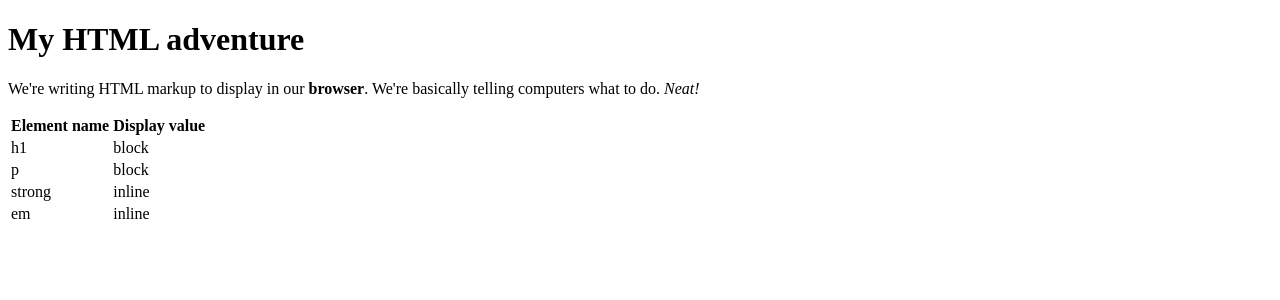
Repository: learn-co-students/fewpjs-dom-editing-lab-austin-web-030920
Page: index.html
An editor plug-in stored every save of this project. The page is shown before and after the next save, followed by the edit.
The browser window is 1280 px wide. The pictures show the whole page.

Above is the page before, as saved 2020-04-20 10:57:16.

### index.html
<!-- Write your code here! -->
<!DOCTYPE html>
<html lang="en">

<head>
    <meta charset="UTF-8">
    <meta name="viewport" content="width=device-width, initial-scale=1.0">
    <meta http-equiv="X-UA-Compatible" content="ie=edge">
    <title>Introduction to the DOM Lab</title>
</head>

<body>
    <!--All our work for this lesson will go here-->
    <h1>My HTML adventure</h1>
    <p>
        We're writing HTML markup to display in our <strong>browser</strong>.
        We're basically telling computers what to do. <em>Neat!</em>
    </p>

    <table>
        <thead>
            <tr>
                <th>Element name</th>
                <th>Display value</th>
            </tr>
        </thead>
        <tbody>
            <tr>
                <td>h1</td>
                <td>block</td>
            </tr>
            <tr>
                <td>p</td>
                <td>block</td>
            </tr>
            <tr>
                <td>strong</td>
                <td>inline</td>
            </tr>
            <tr>
                <td>em</td>
                <td>inline</td>
            </tr>
        </tbody>
    </table>
</body>

</html>

After the next save:
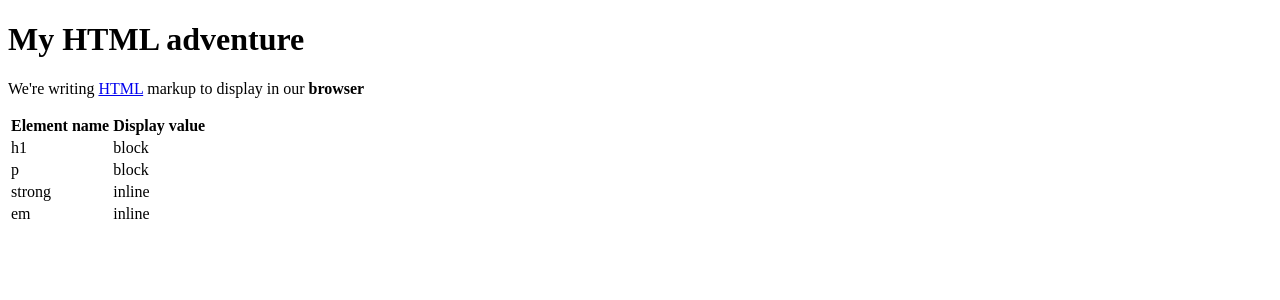
Saved 51 s later.
--- a/index.html
+++ b/index.html
@@ -13,8 +13,8 @@
     <!--All our work for this lesson will go here-->
     <h1>My HTML adventure</h1>
     <p>
-        We're writing HTML markup to display in our <strong>browser</strong>.
-        We're basically telling computers what to do. <em>Neat!</em>
+        We're writing <a href="https://developer.mozilla.org/en-US/docs/Web/HTML">HTML</a> markup to display in our
+        <strong>browser</strong>
     </p>
 
     <table>
